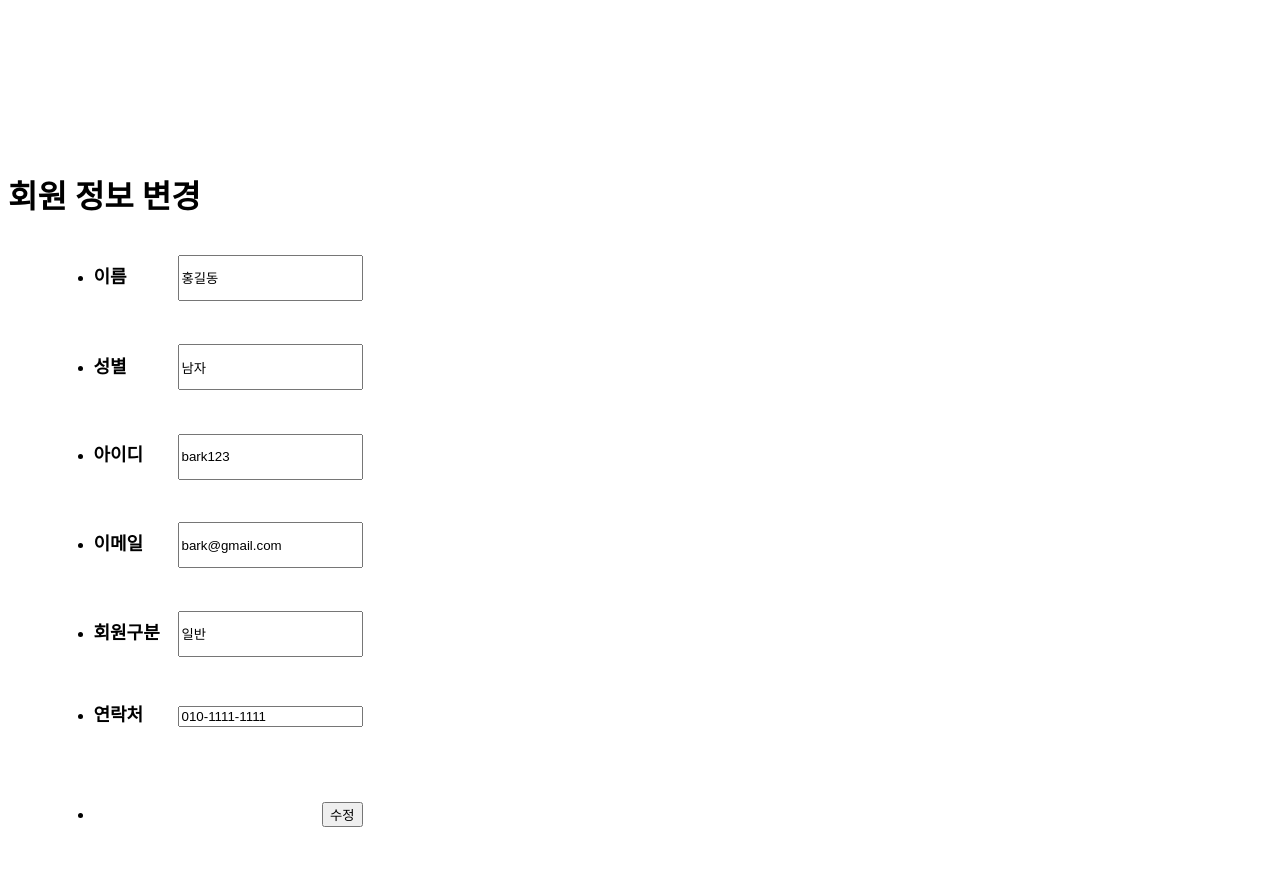
Repository: jngwk/Project-Bark
Page: http://localhost/Bark/include/userEditProfileFrm.jsp
An editor plug-in stored every save of this project. The page is shown before and after the next save, followed by the edit.
The browser window is 1280 px wide. The pictures show the whole page.
The page is served by Tomcat 9.

Above is the page before, as saved 2024-03-31 05:27:54.

After the next save:
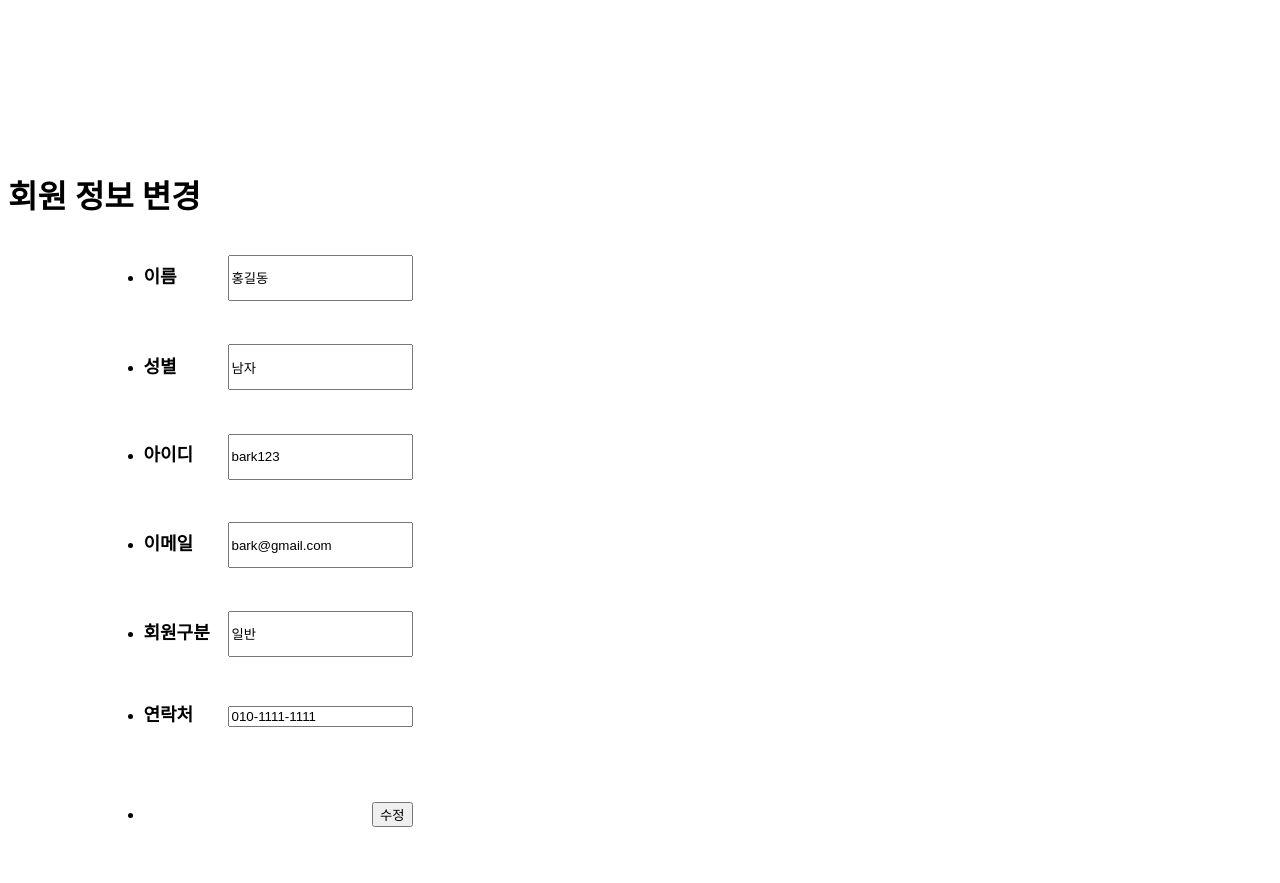
Saved 5 s later.
--- a/java_workspace/Bark/src/main/webapp/css/userEditProfileFrm.css
+++ b/java_workspace/Bark/src/main/webapp/css/userEditProfileFrm.css
@@ -20,7 +20,7 @@
 }
 
 .main_info {
-    min-width:400px;
+    min-width:500px;
     display: flex;
     flex-direction: column;
     justify-content: center;
